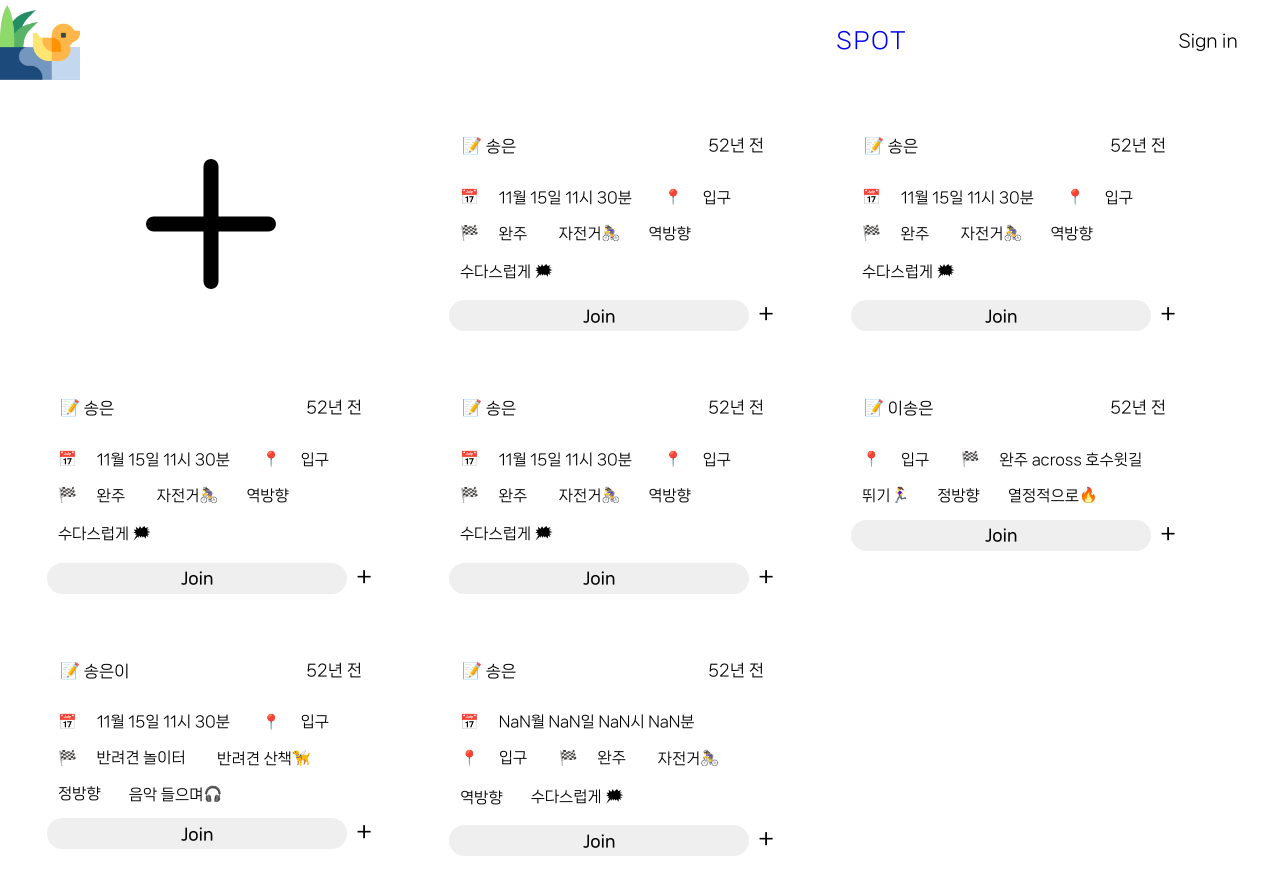
Repository: songeunleee/youngrangho
Page: /
An editor plug-in stored every save of this project. The page is shown before and after the next save, followed by the edit.
The browser window is 1280 px wide. The pictures show the whole page.
The page's requests for data from a server got no answer. Some web libraries are served in a nearby version. The project was rebuilt for these pictures with package versions that can differ from the ones it lists, and the page was loaded fresh each time. Some packages were replaced by stand-ins written for this rebuild. No one was signed in, and anything a server would have sent is missing. Also part of the build but not shown: src/app.module.css, src/components/add_card/add_card.module.css, src/components/add_card/add_card.jsx, src/components/activity/activity.module.css, src/components/add_form/add_form.module.css, src/components/add_form/add_form.jsx, src/components/footer/footer.module.css, src/components/footer/footer.jsx and 10 more.

Above is the page before, as saved 2022-11-12 05:36:13.

### public/index.html
<!DOCTYPE html>
<html lang="en">
  <head>
    <meta charset="utf-8" />
    <script src="https://cdn.jsdelivr.net/npm/sweetalert2@10"></script>
    <script
      src="https://kit.fontawesome.com/7fb71a1d7b.js"
      crossorigin="anonymous"
    ></script>
    <link rel="icon" href="%PUBLIC_URL%/favicon.ico" />
    <meta name="viewport" content="width=device-width, initial-scale=1" />
    <meta name="theme-color" content="#000000" />
    <link rel="preconnect" href="https://fonts.googleapis.com" />
    <link rel="preconnect" href="https://fonts.gstatic.com" crossorigin />
    <link
      href="https://fonts.googleapis.com/css2?family=Noto+Sans+KR:wght@100;300;400&family=Noto+Serif+KR:wght@200;400&family=Varela+Round&display=swap"
      rel="stylesheet"
    />

    <meta
      name="description"
      content="Web site created using create-react-app"
    />
    <link rel="apple-touch-icon" href="%PUBLIC_URL%/logo192.png" />
    <!--
      manifest.json provides metadata used when your web app is installed on a
      user's mobile device or desktop. See https://developers.google.com/web/fundamentals/web-app-manifest/
    -->
    <link rel="manifest" href="%PUBLIC_URL%/manifest.json" />
    <!--
      Notice the use of %PUBLIC_URL% in the tags above.
      It will be replaced with the URL of the `public` folder during the build.
      Only files inside the `public` folder can be referenced from the HTML.

      Unlike "/favicon.ico" or "favicon.ico", "%PUBLIC_URL%/favicon.ico" will
      work correctly both with client-side routing and a non-root public URL.
      Learn how to configure a non-root public URL by running `npm run build`.
    -->
    <title>React App</title>
  </head>
  <body>
    <noscript>You need to enable JavaScript to run this app.</noscript>
    <div id="root"></div>
    <!--
      This HTML file is a template.
      If you open it directly in the browser, you will see an empty page.

      You can add webfonts, meta tags, or analytics to this file.
      The build step will place the bundled scripts into the <body> tag.

      To begin the development, run `npm start` or `yarn start`.
      To create a production bundle, use `npm run build` or `yarn build`.
    -->
  </body>
</html>

### src/index.css
@font-face {
  font-family: "font1";
  src: url("../public/fonts/NanumSquareNeo-aLt.ttf") format("truetype");
  font-weight: normal;
}

@font-face {
  font-family: "font2";
  src: url("../public/fonts/NanumSquareNeo-bRg.ttf") format("truetype");
  font-weight: bold;
}

@font-face {
  font-family: "font3";
  src: url("../public/fonts/NanumSquareNeo-cBd.ttf") format("truetype");
  font-weight: bold;
}

@font-face {
  font-family: "font4";
  src: url("../public/fonts/NanumSquareNeo-eHv.ttf") format("truetype");
  font-weight: bold;
}
body {
  margin: 0;
  font-family: -apple-system, BlinkMacSystemFont, "Segoe UI", "Roboto", "Oxygen",
    "Ubuntu", "Cantarell", "Fira Sans", "Droid Sans", "Helvetica Neue",
    sans-serif;
  -webkit-font-smoothing: antialiased;
  -moz-osx-font-smoothing: grayscale;
  height: 100%;
}

code {
  font-family: source-code-pro, Menlo, Monaco, Consolas, "Courier New",
    monospace;
}
html {
}
#root {
  margin: 0;
  display: flex;
  flex-direction: column;
  height: 100%;
}

### src/app.jsx
import { useEffect, useState } from "react";
import { BrowserRouter, Route, Routes } from "react-router-dom";
import styles from "./app.module.css";
import Activity from "./components/activity/activity";
import AddForm from "./components/add_form/add_form";
import Footer from "./components/footer/footer";
import Header from "./components/header/header";
import Home from "./components/home/home";
import Spot from "./components/spot/spot";

function App({ authService, fileUpload, repository }) {
  const [user, setUser] = useState(null);

  const getUser = (user) => {
    setUser(user);
  };

  useEffect(() => {
    authService.onAuthChange((user) => {
      if (user) {
        setUser(user);
      } else {
      }
    });
  }, [authService]);

  return (
    <>
      <BrowserRouter>
        <Header authService={authService} getUser={getUser} user={user} />
        <Routes>
          <Route
            path="/"
            element={
              <Activity
                authService={authService}
                repository={repository}
                user={user}
              />
            }
          />
          <Route
            path="/activity"
            element={
              <Activity
                authService={authService}
                repository={repository}
                user={user}
              />
            }
          />
          <Route
            path="/spot"
            element={
              <Spot
                authService={authService}
                user={user}
                fileUpload={fileUpload}
                repository={repository}
              />
            }
          />
          <Route
            path="/add"
            element={<AddForm user={user} repository={repository} />}
          />
        </Routes>
      </BrowserRouter>
    </>
  );
}

export default App;

### src/components/activity/activity.jsx
import { set, update } from "firebase/database";
import React from "react";
import { useState } from "react";
import { useEffect } from "react";
import { useLocation } from "react-router-dom";
import ActivityList from "../activity_list/activity_list";
import Header from "../header/header";
import styles from "./activity.module.css";

const Activity = ({ authService, user, repository }) => {
  const location = useLocation();
  const [loading, setloading] = useState(false);

  const [cards, setCards] = useState({
    1: {
      id: 1,
      userUid: "2JLdyikUkFZd8fo9REXkiLAkSfY2",
      author: "송은",
      createTime: new Date("2022-11-4"),
      appointment: " ",
      departure: "입구",
      mean: "자전거🚴‍♀️",
      course: "역방향",
      goal: "완주",
      mode: "수다스럽게 🗯",
      joinList: [
        {
          userImg: "./images/duck.png",
          name: "오리",
        },
      ],
    },
    2: {
      id: 2,
      userUid: "2JLdyikUkFZd8fo9REXkiLAkSfY2",
      author: "송은이",
      createTime: Date.now(),
      appointment: "2022-11-15 11:30",
      departure: "입구",
      goal: "반려견 놀이터",
      mean: "반려견 산책🦮",
      course: "정방향",
      mode: "음악 들으며🎧",
      joinList: [
        {
          userImg: "./images/lake (10).png",
          name: "영랑호",
        },
        {
          userImg: "./images/duck.png",
          name: "오리",
        },
      ],
    },

    3: {
      id: 3,
      userUid: "효림",
      author: "이송은",
      createTime: Date.now(),
      appointmnew: "",
      departure: "입구",
      mean: "뛰기🏃‍♀️",
      course: "정방향",
      goal: "완주 across 호수윗길",
      mode: "열정적으로🔥",
      joinList: [],
    },
    4: {
      id: 4,
      userUid: "2JLdyikUkFZd8fo9REXkiLAkSfY2",
      author: "송은",
      createTime: Date.now(),
      appointment: "2022-11-15 11:30",
      departure: "입구",
      mean: "자전거🚴‍♀️",
      course: "역방향",
      goal: "완주",
      mode: "수다스럽게 🗯",
      joinList: [
        {
          userImg: "./images/lake (11).png",
          name: "연못",
        },
      ],
    },
    5: {
      id: 5,
      userUid: "효림",
      author: "송은",
      createTime: Date.now(),
      appointment: "2022-11-15 11:30",
      departure: "입구",
      mean: "자전거🚴‍♀️",
      course: "역방향",
      goal: "완주",
      mode: "수다스럽게 🗯",
      joinList: [
        {
          userImg:
            "https://lh3.googleusercontent.com/a/ALm5wu1v7jYDpMYCLb46MQvV_oJ2PECfuAScvnY9ozwB=s96-c",
          name: "송은이",
        },
      ],
    },
    6: {
      id: 6,
      userUid: "FjWi6hSH7OeFsGGfguAPw7O3poL2",
      author: "송은",
      createTime: Date.now(),
      appointment: "2022-11-15 11:30",
      departure: "입구",
      mean: "자전거🚴‍♀️",
      course: "역방향",
      goal: "완주",
      mode: "수다스럽게 🗯",
      joinList: [
        {
          userImg: "./images/pond.png",
          name: "민지",
        },
      ],
    },
    7: {
      id: 7,
      userUid: "FjWi6hSH7OeFsGGfguAPw7O3poL2",
      author: "송은",
      createTime: Date.now(),
      appointment: "2022-11-15 11:30",
      departure: "입구",
      mean: "자전거🚴‍♀️",
      course: "역방향",
      goal: "완주",
      mode: "수다스럽게 🗯",
      joinList: [
        {
          userImg: "./images/pond.png",
          name: "민지",
        },
      ],
    },
  });

  useEffect(() => {
    setloading(true);
    const stopSynk = repository.syncActivities(user && user.uid, (cards) => {
      setCards(cards);
      setloading(false);
    });
    return () => stopSynk();
  }, [user, repository]);

  const deleteCard = (card) => {
    const updated = { ...cards };
    delete updated[card.id];
    console.log(updated);
    console.log(cards);
    setCards(updated);

    repository.removeActivity(card);
  };

  const addJoin = (card) => {
    const updated = { ...cards }; //state를 직접 수정하면 안되어서 updated에 cards를 복사하여 card안에 있는 joinlist를 추가하려고함

    if (!updated[card.id].joinList) {
      //joinlist가 없을때
      const joinList = [
        { userImg: user && user.photoURL, name: user && user.displayName },
      ];
      updated[card.id] = { ...card, joinList };

      setCards(updated);

      repository.updateActivity(card.id, updated[card.id]);
    } else {
      // updated[card.id].joinList.filter((item) => item.userImg === user.photoURL)
      //   .length === 0 &&

      const joinList = updated[card.id].joinList.concat({
        userImg: user && user.photoURL,
        name: user && user.displayName,
      });
      updated[card.id] = { ...card, joinList };

      setCards(updated);

      //근데 왜 setCards로 cards를 업데이트 하지도 않았는데 왜 추가되어있는가?(방법1 updated로 cards복사 후 updated[card.id].joinList에 push로 추가, 방법2.updated[card.id].joinList에 concat으로 추가 ) = 해결완료 근데 왜그런진 모르겠다. 분명 복사를 했는데 왜 바뀌지?
      repository.updateActivity(card.id, updated[card.id]);
    }
  };

  const DropJoin = (card) => {
    const updated = { ...cards };

    const joinList = updated[card.id].joinList.filter(
      (item) => item.userImg !== user.photoURL
    );
    updated[card.id] = { ...card, joinList };

    setCards(updated);

    repository.updateActivity(card.id, updated[card.id]);
  };

  return (
    <ActivityList
      cards={cards}
      addJoin={addJoin}
      DropJoin={DropJoin}
      user={user}
      deleteCard={deleteCard}
    />
  );
};
export default Activity;

### src/components/header/header.jsx
import React, { useEffect } from "react";
import { useState } from "react";
import { Link, useLocation } from "react-router-dom";
import styles from "./header.module.css";

const Header = ({ authService, getUser, user }) => {
  const location = useLocation().pathname;

  const isSpot = (location) => {
    return location === "/spot" ? true : false;
  };

  const onSignin = () => {
    authService.signin().then((data) => getUser(data.user));
  };

  const onSignout = () => {
    authService.signout();
    getUser(null);
  };

  return (
    <header className={styles.header}>
      <Link
        className={`${styles.logolink} ${
          !isSpot(location) ? styles.activity : null
        } `}
        to={"/"}
      >
        <img className={styles.logo} src="./images/duck (1).png" alt="" />
      </Link>
      <Link
        className={`${styles.link} ${
          !isSpot(location) ? styles.activity : null
        }`}
        to={"/activity"}
      >
        ACTIVITY
      </Link>
      <Link
        className={`${styles.link} ${isSpot(location) ? styles.spot : null}`}
        to={"/spot"}
      >
        SPOT
      </Link>

      {user ? (
        <div className={styles.signIn}>
          <img className={styles.img} src={user.photoURL} alt="" />
          <p className={styles.name}>{user.displayName}</p>
          <button
            className={`${styles.button} ${styles.sign}`}
            onClick={onSignout}
          >
            Sign out
          </button>
        </div>
      ) : (
        <button className={`${styles.button}`} onClick={onSignin}>
          Sign in
        </button>
      )}
    </header>
  );
};

export default Header;

### src/components/activity_list/activity_list.jsx
import React from "react";
import { useNavigate } from "react-router-dom";
import ActivityItem from "../activity_item/activity_item";
import AddCard from "../add_card/add_card";
import styles from "./activity_list.module.css";

const ActivityList = ({ cards, user, addJoin, DropJoin, deleteCard }) => {
  const navigate = useNavigate();
  const clickAddCard = () => {
    navigate("/add");
  };
  return (
    <section className={styles.container}>
      <div className={styles.list}>
        <div onClick={clickAddCard} className={styles.box}>
          <div className={styles.addCard}>
            <i className={`fa-solid fa-plus ${styles.img}`}></i>
          </div>
        </div>
        {Object.keys(cards)
          .map((key) => (
            <ActivityItem
              key={key}
              card={cards[key]}
              user={user}
              addJoin={addJoin}
              DropJoin={DropJoin}
              deleteCard={deleteCard}
            />
          ))
          .reverse()}
      </div>
    </section>
  );
};

export default ActivityList;

### src/components/header/header.module.css
@value mainBlue, mainLightBlue,sideBlue, textWhite from '../../common/colors.css';
@value mediaQuery3 from '../../common/size.css';

.header {
  display: flex;
  height: 5rem;
  align-items: center;
  position: relative;
}
.logolink {
  height: 100%;
}

.logolink.activity {
  background-color: white;
}
.logo {
  height: 100%;

  transition: all 150ms ease-in;
}

.logo:hover {
  background-color: mainBlue;
}
.link {
  height: 100%;
  display: flex;
  justify-content: center;
  align-items: center;
  flex: 0.8;
  text-decoration: none;
  color: mainBlue;
  font-size: 1.4rem;
  font-family: "font2";
  letter-spacing: 2px;
  font-weight: 500;
  text-align: center;
  transition: letter-spacing 150ms ease-in;
}

.link.spot {
  background-color: mainBlue;
  color: white;
}

.link.activity {
  background-color: mainBlue;
  color: white;
}

.signIn {
  flex: 0.4;
  display: flex;
  justify-content: center;
  align-items: center;
  padding-left: 0.5rem;
  padding-right: 0.5rem;
}

.img {
  border-radius: 50%;
  width: 50px;
  height: 50px;
}

.name {
  padding-left: 1rem;
  padding-right: 1rem;
  font-family: "font3";
  color: sideBlue;
}

.button.sign {
  flex: 0.6;
  width: 100%;
}

.button {
  font-size: 1.1rem;
  font-weight: 500;
  font-family: "font2";
  flex: 0.2;
  background: none;
  cursor: pointer;
  border: none;
  color: mainBlue;
  transition: letter-spacing 250ms ease-in;
}

.link:hover {
  letter-spacing: 0;
}

.button:hover {
  letter-spacing: 1px;
}

@media screen and (max-width: mediaQuery3) {
  .name {
    display: none;
  }
  .img {
    display: none;
  }
  .logolink {
    display: none;
  }
}

### src/components/activity_list/activity_list.module.css
@value mediaQuery1, mediaQuery2 from '../../common/size.css';
@value joinColor,deleteColor,mainBlue,mainLightBlue,sideBlue,textWhite from '../../common/colors.css';

.container {
  display: flex;
  justify-content: center;
}

.box {
  margin: 1rem 1rem;
  margin-bottom: 0;
  padding: 0.5rem 10px;
  width: 350px;
  transition: all ease-in 200ms;
}

.addCard {
  display: flex;
  justify-content: center;
  align-items: center;
  border: 5px dashed mainLightBlue;
  height: 224px;
  animation: fade-in 1s;
  animation-fill-mode: forwards;

  border-radius: 18px;
}

.img {
  font-size: 10rem;
  font-weight: 100;
  color: mainLightBlue;
}

.box:hover {
  transform: scale(1.02);
}

.list {
  width: 1260px;
  display: flex;

  flex-wrap: wrap;

  margin-top: 0.5rem;
}

@media screen and (max-width: mediaQuery1) {
  .list {
    width: 805px;
  }
}

@media screen and (max-width: mediaQuery2) {
  .list {
    width: 450px;
  }
}

### src/components/join_list/join_list.jsx
import React from "react";
import JoinItem from "../join_item/join_item";
import styles from "./join_list.module.css";
const JoinList = ({ joinList }) => {
  return (
    <div>
      {joinList.map((user, i) => (
        <JoinItem key={user.userImg} user={user} />
      ))}
    </div>
  );
};

export default JoinList;

### src/components/activity_item/activity_item.module.css
@value joinColor,deleteColor,mainBlue,mainLightBlue,sideBlue,textWhite from '../../common/colors.css';

* {
  font-family: font2;
}

.container {
  margin: 1rem 1rem;
  margin-bottom: 0;
  padding: 0.5rem 10px;
  width: 350px;
  justify-items: center;
}

.card {
  border: 1px mainLightBlue solid;

  padding: 0.5rem 0.5rem;
  animation: fade-in 1s;
  animation-fill-mode: forwards;
}
.info {
  display: flex;
  justify-content: space-between;
  padding: 0.5rem;
  padding-bottom: 1rem;
  margin: 0.5rem;

  border-bottom: 1px dashed mainBlue;
}
.author {
  margin: 0;
}
.createTime {
  margin: 0;
}

.contentBox {
  display: flex;
  flex: 1;
  align-items: center;
}
.content {
  display: flex;
  flex-wrap: wrap;
}
.chip {
  font-size: 15px;
  flex-wrap: nowrap;
  background-color: mainLightBlue;
  width: fit-content;
  border-radius: 18px;
  padding: 5px 10px;
  margin: 0.25rem 0.25rem;
  display: flex;
  align-items: center;
  cursor: pointer;
  transition: transform 200ms ease-in;
}

.chip.appointment {
  background-color: mainBlue;
}

.chip.goal {
  padding-top: 0;
  padding-bottom: 0;
}

.G {
  position: relative;
  background-color: sideBlue;
  border-radius: 18px;
  padding-top: 5px;
  padding-bottom: 5px;
  padding-right: 10px;
  padding-left: 10px;
  right: 10px;
}

.chip:hover {
  filter: brightness(95%);
}
.chipDelete {
  display: none;
  color: rgb(255, 255, 255);
  margin-left: 0.3rem;
  opacity: 0.9;
  border: none;
}

.chipDelete.showDelete {
  display: inline;
}

.btnBox {
  display: flex;
}

.display {
  display: flex;
  flex-direction: column;
  flex: 1;
}

.btns {
  font-size: 1rem;
  font-family: font3;
  padding: 0.4rem;
  margin: 0.2rem;
  margin-top: 0.4rem;
  border-radius: 18px;
  border: none;
  cursor: pointer;
  transition: all ease 200ms;
}

.joinBtn {
  display: none;
}

.joinBtn.showJoin {
  display: inline;
}

.joinBtn:hover {
  background-color: joinColor;
  transform: scale(1.02);
}

.dropBtn {
  display: none;
  background-color: joinColor;
}

.dropBtn.showDropBtn {
  display: inline;
}

.dropBtn:hover {
  background-color: lightgrey;
  transform: scale(1.02);
}

.delete {
  display: none;
  background-color: deleteColor;
}

.delete.showDelete {
  display: inline;
}

.delete:hover {
  transform: scale(1.02);
}

.joinlistBtn {
  background-color: white;
  border: none;
  font-size: 1.5rem;
  font-family: font2;
  color: sideBlue;
  cursor: pointer;
}

.joinList {
  display: none;
  padding-top: 0.25rem;
  border: 1px mainLightBlue solid;
  border-top: none;
}

.joinList.showList {
  display: flex;
  animation: fade-in 0.8s;
  animation-fill-mode: forwards;
}

@keyframes fade-in {
  0% {
    transform: translateY(-30%);
    opacity: 0;
  }
  20% {
    opacity: 0;
  }

  100% {
    transform: translateY(0);
    opacity: 1;
  }
}

### src/components/join_item/join_item.jsx
import React from "react";
import styles from "./join_item.module.css";

const JoinItem = ({ user }) => {
  return (
    <section className={styles.item}>
      <img className={styles.img} src={user.userImg} alt="" />
      <div className={styles.name}>{user.name}님이 함께하고 싶어합니다!</div>
    </section>
  );
};

export default JoinItem;

### src/components/join_item/join_item.module.css
.item {
  display: flex;
  align-items: center;
  margin: 0.5rem 0.7rem;
}

.img {
  width: 1.8rem;
  border-radius: 50%;
}

.name {
  margin-left: 0.5rem;
}

Loaded but not shown: src/service/repositiry.js (55 lines, source omitted); src/index.js (23 lines, source omitted); src/service/auth_service.js (28 lines, source omitted); src/service/firebase.js (13 lines, source omitted); src/service/file_upload.js (15 lines, source omitted); src/components/activity_item/activity_item.jsx (217 lines, source omitted); src/components/join_list/join_list.module.css (no stored copy; drawn as an empty file)

After the next save:
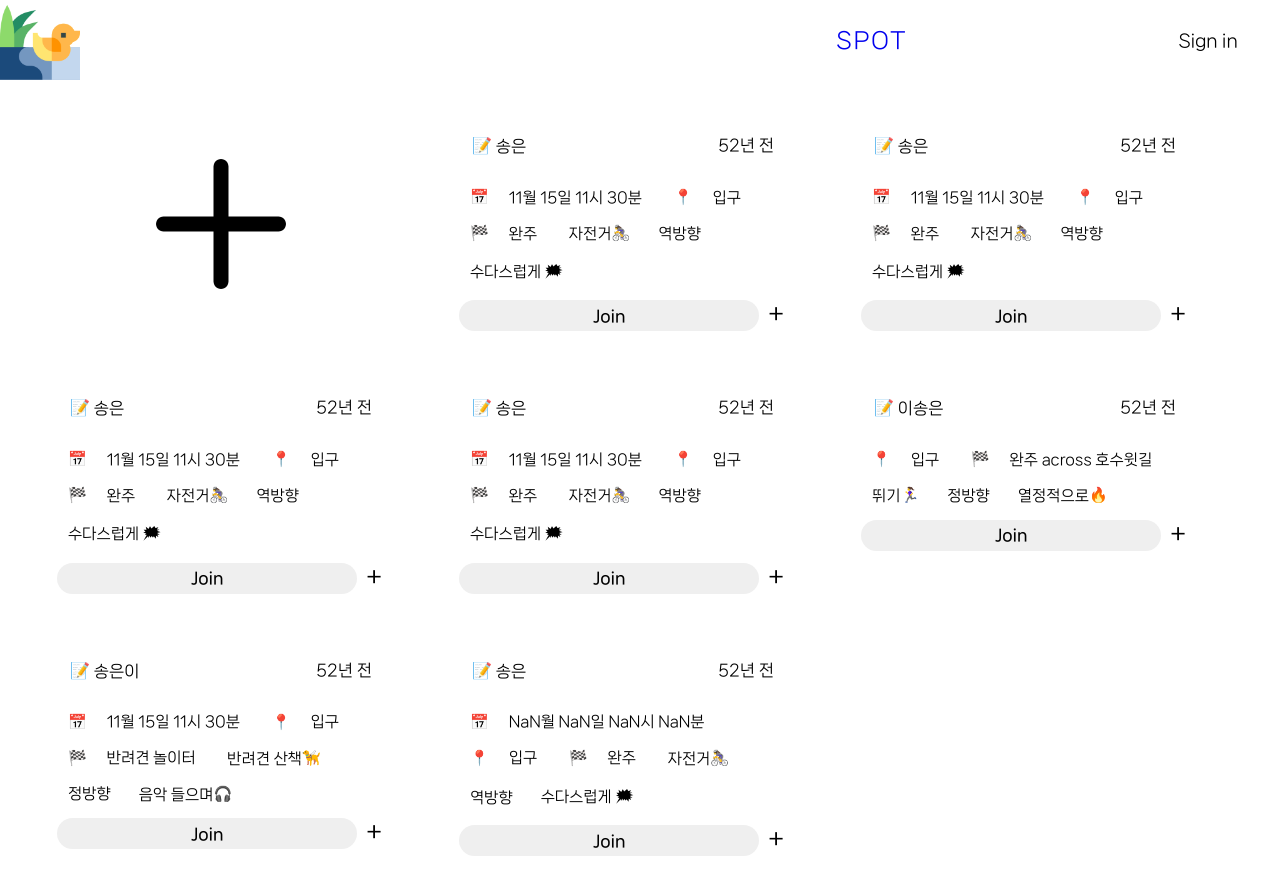
Saved 4 s later.
--- a/src/components/activity_list/activity_list.module.css
+++ b/src/components/activity_list/activity_list.module.css
@@ -37,7 +37,7 @@
 }
 
 .list {
-  width: 1260px;
+  width: 1240px;
   display: flex;
 
   flex-wrap: wrap;
